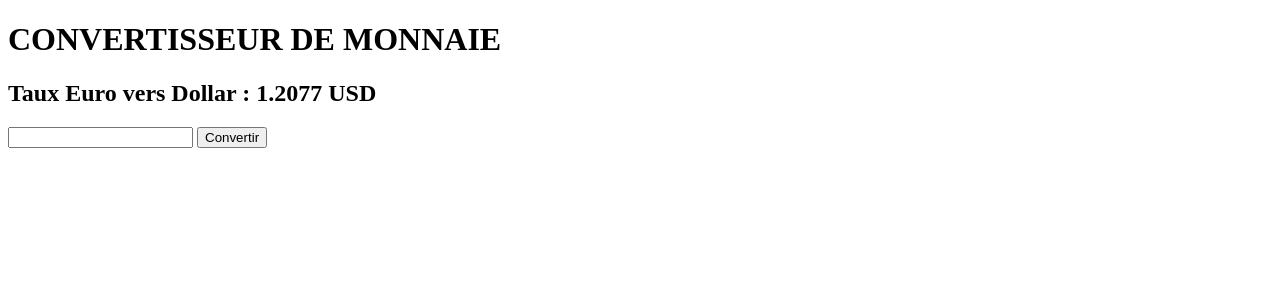
Repository: techmindconsulting/wordshiop-js
Page: index.html
An editor plug-in stored every save of this project. The page is shown before and after the next save, followed by the edit.
The browser window is 1280 px wide. The pictures show the whole page.

Above is the page before, as saved 2021-01-17 12:57:17.

After the next save:
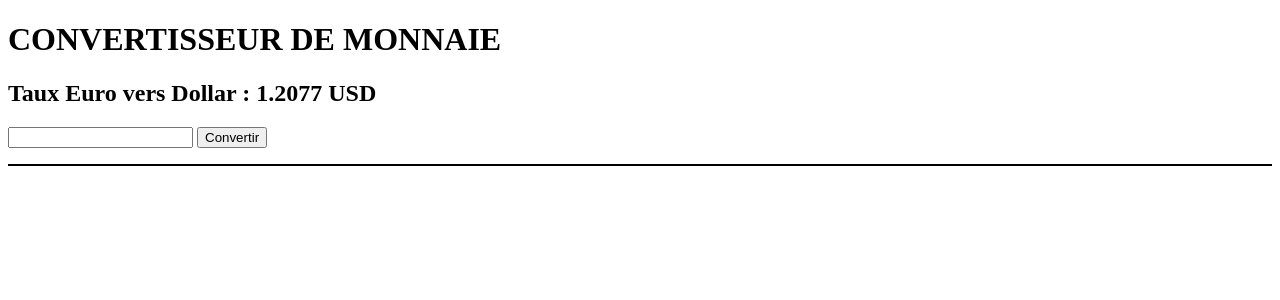
Saved 10 s later.
--- a/index.html
+++ b/index.html
@@ -6,7 +6,10 @@
     <title>Convertisseur</title>
     <script src="conversion.js"></script>
     <style>
-        p
+        p {
+            border: 1px solid black;
+
+        }
     </style>
 </head>
 <body>
